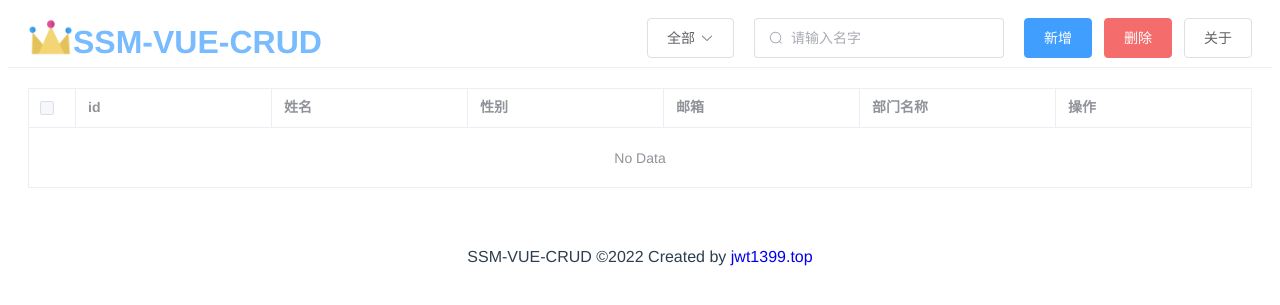
Repository: jwt1399/ssm-vue-crud
Page: / (app in ssm-crud-front/)
These files come from the project's save history. The page is drawn as it stood at one moment and after a run of saves; the edit follows.
The browser window is 1280 px wide. The pictures show the whole page.
The project was rebuilt for these pictures with package versions that can differ from the ones it lists, and the page was loaded fresh each time. Also part of the build but not shown: ssm-crud-front/vue.config.js.

Above is the page before, as saved 2022-06-09 11:16:31.

After the next 5 saves:
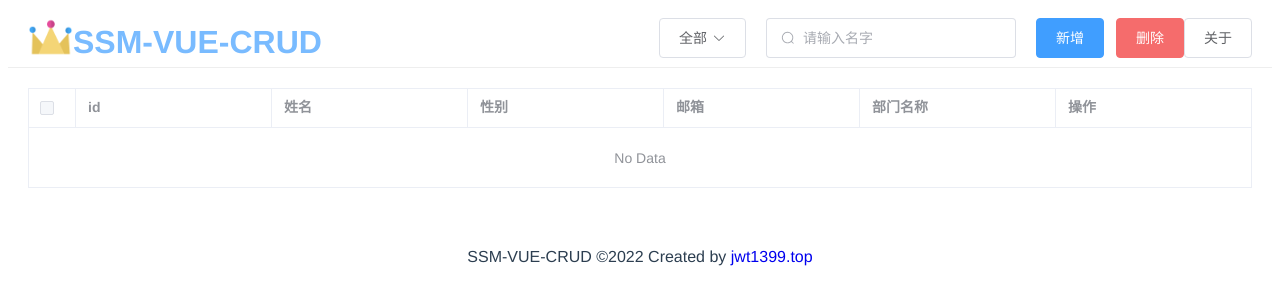
The 5 saves are shown as one change because 4 did not build or start.
The last was saved 3 min 11 s later.
--- a/ssm-crud-front/src/components/Header.vue
+++ b/ssm-crud-front/src/components/Header.vue
@@ -37,23 +37,18 @@
         </div>
         <el-button type="primary" size="large" @click="addEmployee()">新增</el-button>
         <el-button type="danger" size="large" @click="batchDeleteEmployee()">删除</el-button>
+        <router-link to='/about'>
         <el-button type="default" size="large" @click="skipAbout()">关于</el-button>
+        </router-link>
     </div>
 </el-header>
 </template>
 
 <script>
-import { useRouter } from 'vue-router'
+// import { useRouter } from 'vue-router'
 
 export default {
   name: 'Header',
-  setup() {
-    const router = useRouter()
-    },
-    skipAbout(){
-
-        router.push({ path: 'about' })
-    }
 }
 
 

After the save that followed:
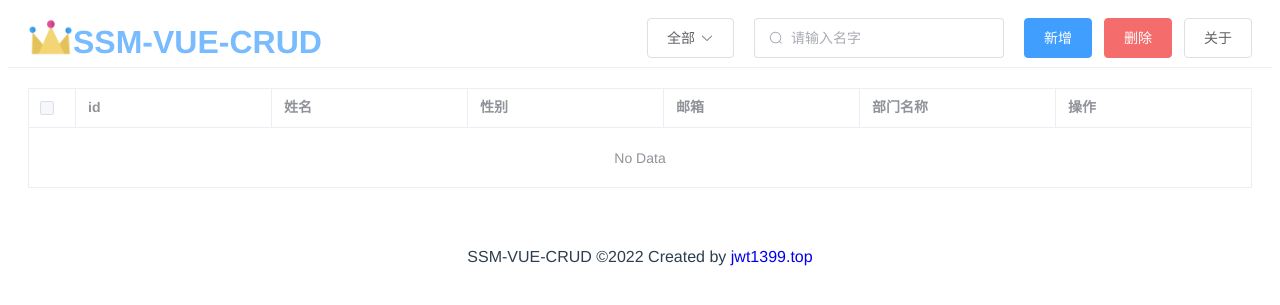
Saved 5 min 17 s later.
--- a/ssm-crud-front/src/components/Header.vue
+++ b/ssm-crud-front/src/components/Header.vue
@@ -37,15 +37,15 @@
         </div>
         <el-button type="primary" size="large" @click="addEmployee()">新增</el-button>
         <el-button type="danger" size="large" @click="batchDeleteEmployee()">删除</el-button>
-        <router-link to='/about'>
+        <!-- <router-link to='/about'> -->
         <el-button type="default" size="large" @click="skipAbout()">关于</el-button>
-        </router-link>
+        <!-- </router-link> -->
     </div>
 </el-header>
 </template>
 
 <script>
-// import { useRouter } from 'vue-router'
+import { useRouter } from 'vue-router'
 
 export default {
   name: 'Header',
@@ -54,9 +54,7 @@
 
 </script>
 
-<!-- <script setup>
-import { Search,Edit, Delete } from '@element-plus/icons-vue'
-</script> -->
+
 
 <style scoped>
 .nav-logo {
